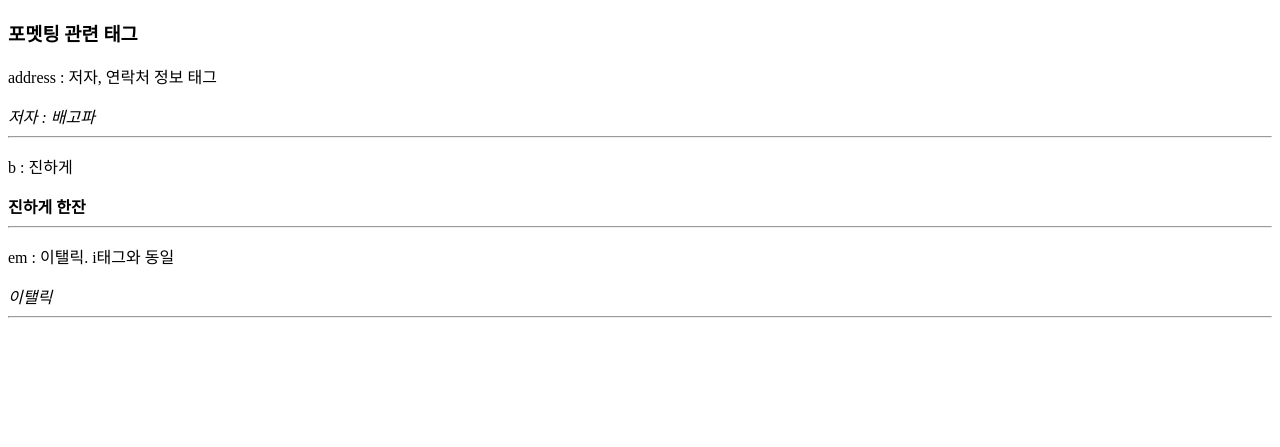
Repository: JiYoon0712/HTML_CSS_javascript
Page: work/study/src/main/webapp/htmlEx/ch02/ex07.html
The author's editor kept a copy of each file at every save. The page is drawn from the files as they stood at one save, then again after the next save.
The browser window is 1280 px wide. The pictures show the whole page.

Above is the page before, as saved 2023-04-03 03:39:30.

After the next save:
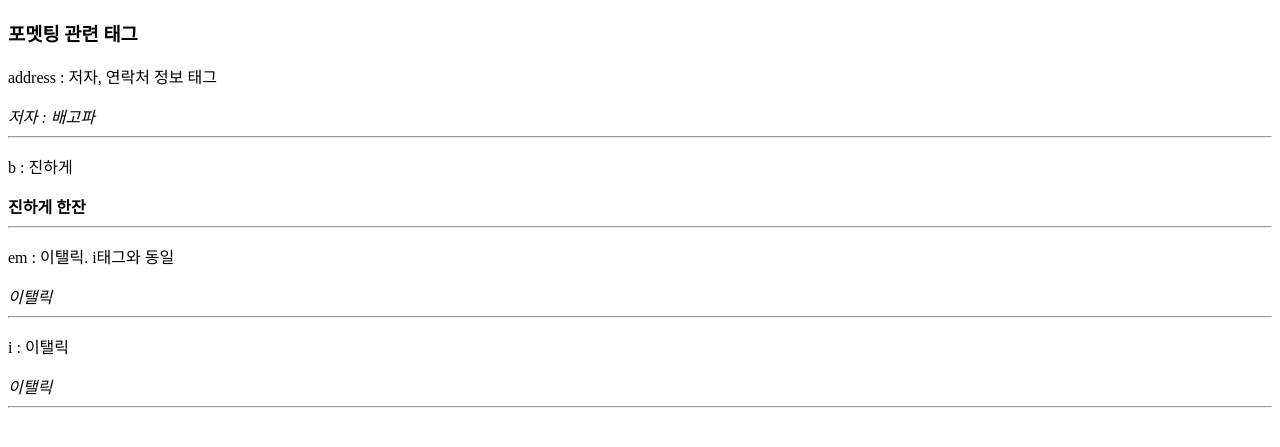
Saved 17 s later.
--- a/work/study/src/main/webapp/htmlEx/ch02/ex07.html
+++ b/work/study/src/main/webapp/htmlEx/ch02/ex07.html
@@ -20,6 +20,9 @@
 <em>이탤릭</em>
 <hr>
 
+<p> i : 이탤릭 </p>
+<em>이탤릭</em>
+<hr>
 
 </body>
 </html>
